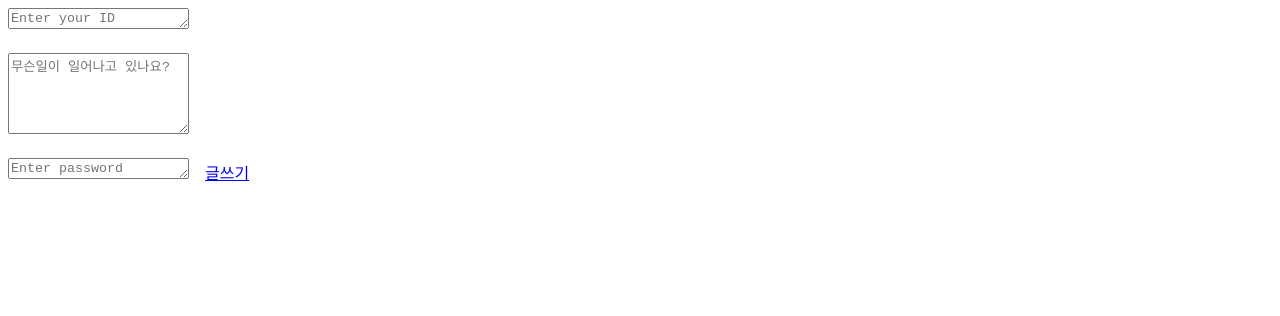
Repository: ikobean/ikoebean
Page: http://localhost/dev_jsp/mySNS/snsDet.jsp
The author's editor kept a copy of each file at every save. The page is drawn from the files as they stood at one save, then again after the next save.
The browser window is 1280 px wide. The pictures show the whole page.
The page is served by Tomcat 9.

Above is the page before, as saved 2019-08-16 10:49:19.

After the next save:
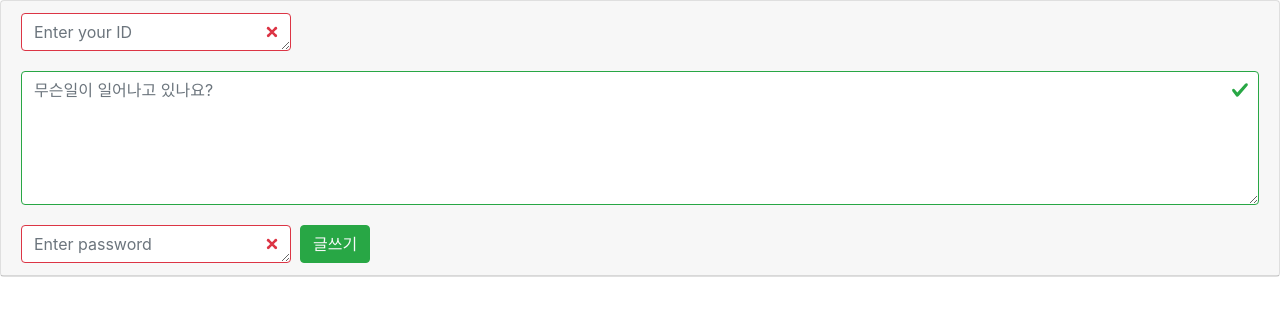
Saved 35 s later.
--- a/workspace_jsp/dev_jsp/WebContent/mySNS/snsDet.jsp
+++ b/workspace_jsp/dev_jsp/WebContent/mySNS/snsDet.jsp
@@ -4,6 +4,11 @@
 <html>
 <head>
 <meta charset="UTF-8">
+  <meta name="viewport" content="width=device-width, initial-scale=1">
+  <link rel="stylesheet" href="https://maxcdn.bootstrapcdn.com/bootstrap/4.3.1/css/bootstrap.min.css">
+  <script src="https://ajax.googleapis.com/ajax/libs/jquery/3.4.1/jquery.min.js"></script>
+  <script src="https://cdnjs.cloudflare.com/ajax/libs/popper.js/1.14.7/umd/popper.min.js"></script>
+  <script src="https://maxcdn.bootstrapcdn.com/bootstrap/4.3.1/js/bootstrap.min.js"></script>
 <title>Insert title here</title>
 </head>
 <body>
